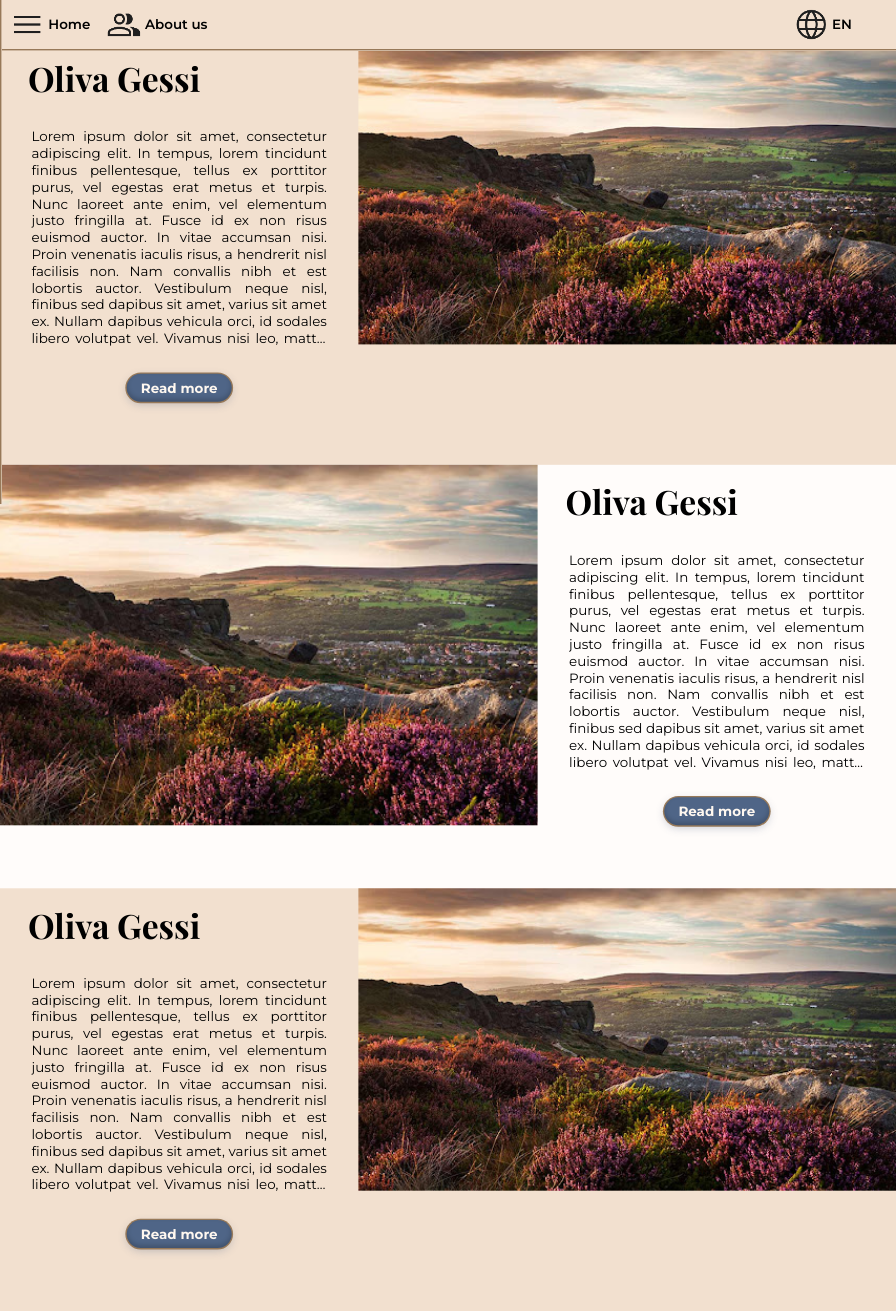
Repository: Seaside-Jokers/Oliva-gessi
Page: index.html
An editor plug-in stored every save of this project. The page is shown before and after the next save, followed by the edit.
The browser window is 1280 px wide. The pictures show the whole page, at 70% of full size.
Some web fonts or font styles are not loaded; a fallback is used.

Above is the page before, as saved 2026-02-17 23:29:02.

### index.html
<!DOCTYPE html>
<html lang="it">
<head>
    <meta charset="UTF-8">
    <title>Oliva Gessi</title>
    <link rel="stylesheet" href="src/style.css">
    <link rel="alternate" hreflang="en" href="index.html">
    <link rel="alternate" hreflang="it" href="index.html">
    <link rel="preconnect" href="https://fonts.googleapis.com">
    <link rel="preconnect" href="https://fonts.gstatic.com" crossorigin>
    <link href="https://fonts.googleapis.com/css2?family=Playfair+Display:ital,wght@0,400..900;1,400..900&display=swap" rel="stylesheet">
</head>
<body>
    <!-- ======================================================================= -->
    <!--                                 NAVBAR                                  -->
    <!-- ======================================================================= -->
    <nav class="navbar">
        <!-- Home -->
        <button class="btn-navbar" type="button" onclick="toggleMenu()">
            <img src="assets/menu_icon.png" data-key="home" alt="Home" class="icone" id="navbar-button">
            <span data-key="home" class="nav-data">Menu</span>
        </button>
        <!-- About us-->
        <button class="btn-navbar" type="button" onclick="location.href='about-us.html'">
            <img src="assets/about_us.png" data-key="about" alt="Chi siamo" class="icone">
            <span data-key="about" class="nav-data">Chi siamo</span>
        </button>
        <!-- Cambio lingua (a destra) -->
        <button class="btn-navbar lang-button" type="button" onclick="changeLang()">
            <img src="assets/language.png" data-key="language" alt="Cambia lingua" class="icone">
            <span data-key="current_language" class="nav-data">IT</span>
        </button>
    </nav>
    <!-- ======================================================================= -->
    <!--                                 SIDEBAR                                 -->
    <!-- ======================================================================= -->
    <!-- Strato trasparente che permette di chiudere il menu cliccando fuori -->
    <div class="clicker" onclick="closeMenu()"></div>
    <!-- Menu laterale vero e proprio -->
    <div class="sidebar" id="sidebar">
        <!-- Chiudi il menu -->
        <button class="sidebar-button" type="button" onclick="closeMenu()">
            <img src="assets/close.png" alt="Chiudi menu" class="icone large">
            <span data-key="close_menu" class="side-data">Chiudi</span>
        </button>
        <!-- About us -->
        <button class="sidebar-button" type="button" onclick="location.href='about-us.html'">
            <img src="assets/about_us.png" alt="Chiudi menu" class="icone large">
            <span data-key="about" class="side-data">Chi siamo</span>
        </button>
        <details>
            <!-- Le varie pagine del file -->
            <summary data-key="cerca_pagina"></summary>
        </details>
    </div>

    <!-- ======================================================================= -->
    <!--                                CONTENUTO                                -->
    <!-- ======================================================================= -->
    <div class="blocco r">
        <img src="assets/immagine_16x9.jpg" alt="Foto placeholder del primo blocco" data-key="alt_img1" class="foto-blocco landscape">
        <div class="container-testo-blocco">
            <h1 class="titolo-blocco" data-key="title_1">Oliva Gessi</h1>
            <p class="testo-blocco" data-key="testo_1">Lorem ipsum dolor sit amet, consectetur adipiscing elit. In tempus, lorem tincidunt finibus pellentesque, tellus ex porttitor purus, vel egestas erat metus et turpis. Nunc laoreet ante enim, vel elementum justo fringilla at. Fusce id ex non risus euismod auctor. In vitae accumsan nisi. Proin venenatis iaculis risus, a hendrerit nisl facilisis non. Nam convallis nibh et est lobortis auctor. Vestibulum neque nisl, finibus sed dapibus sit amet, varius sit amet ex. Nullam dapibus vehicula orci, id sodales libero volutpat vel. Vivamus nisi leo, mattis ut est convallis, pharetra ornare ipsum. Fusce elementum velit at massa mattis rutrum. Curabitur tincidunt consectetur nibh, in molestie urna ullamcorper sed. Interdum et malesuada fames ac ante ipsum primis in faucibus.</p>
            <button class="read-more-button" type="button" onclick="" data-key="read_more">Leggi di più</button>
        </div>
    </div>
    <div class="blocco l">
        <img src="assets/immagine_16x9.jpg" alt="Foto placeholder del primo blocco" data-key="alt_img1" class="foto-blocco landscape">
        <div class="container-testo-blocco">
            <h1 class="titolo-blocco" data-key="title_1">Oliva Gessi</h1>
            <p class="testo-blocco" data-key="testo_1">Lorem ipsum dolor sit amet, consectetur adipiscing elit. In tempus, lorem tincidunt finibus pellentesque, tellus ex porttitor purus, vel egestas erat metus et turpis. Nunc laoreet ante enim, vel elementum justo fringilla at. Fusce id ex non risus euismod auctor. In vitae accumsan nisi. Proin venenatis iaculis risus, a hendrerit nisl facilisis non. Nam convallis nibh et est lobortis auctor. Vestibulum neque nisl, finibus sed dapibus sit amet, varius sit amet ex. Nullam dapibus vehicula orci, id sodales libero volutpat vel. Vivamus nisi leo, mattis ut est convallis, pharetra ornare ipsum. Fusce elementum velit at massa mattis rutrum. Curabitur tincidunt consectetur nibh, in molestie urna ullamcorper sed. Interdum et malesuada fames ac ante ipsum primis in faucibus.</p>
            <button class="read-more-button" type="button" onclick="" data-key="read_more">Leggi di più</button>
        </div>
    </div>
    <div class="blocco l">
        <img src="assets/immagine_16x9.jpg" alt="Foto placeholder del primo blocco" data-key="alt_img1" class="foto-blocco landscape">
        <div class="container-testo-blocco">
            <h1 class="titolo-blocco" data-key="title_1">Oliva Gessi</h1>
            <p class="testo-blocco" data-key="testo_1">Lorem ipsum dolor sit amet, consectetur adipiscing elit. In tempus, lorem tincidunt finibus pellentesque, tellus ex porttitor purus, vel egestas erat metus et turpis. Nunc laoreet ante enim, vel elementum justo fringilla at. Fusce id ex non risus euismod auctor. In vitae accumsan nisi. Proin venenatis iaculis risus, a hendrerit nisl facilisis non. Nam convallis nibh et est lobortis auctor. Vestibulum neque nisl, finibus sed dapibus sit amet, varius sit amet ex. Nullam dapibus vehicula orci, id sodales libero volutpat vel. Vivamus nisi leo, mattis ut est convallis, pharetra ornare ipsum. Fusce elementum velit at massa mattis rutrum. Curabitur tincidunt consectetur nibh, in molestie urna ullamcorper sed. Interdum et malesuada fames ac ante ipsum primis in faucibus.</p>
            <button class="read-more-button" type="button" onclick="" data-key="read_more">Leggi di più</button>
        </div>
    </div>

    <!--=======================================================================-->
    <!--                      DO NOT TOUCH BELOW THIS LINE                     -->
    <!--=======================================================================-->
    <script src="src/database_testo.js"></script>
    <script src="src/color_scheme.js"></script>
    <script src="src/sidebar.js"></script>
</body>

<!-- TODO: leggi questo commento e poi eliminalo per favore: quando vuoi aggiungere un nuovo testo modificalo in src/database_testo.js -->
</html>

Loaded but not shown: src/color_scheme.js (155 lines, source omitted); src/database_testo.js (94 lines, source omitted); src/sidebar.js (18 lines, source omitted); src/style.css (452 lines, source omitted)

After the next save:
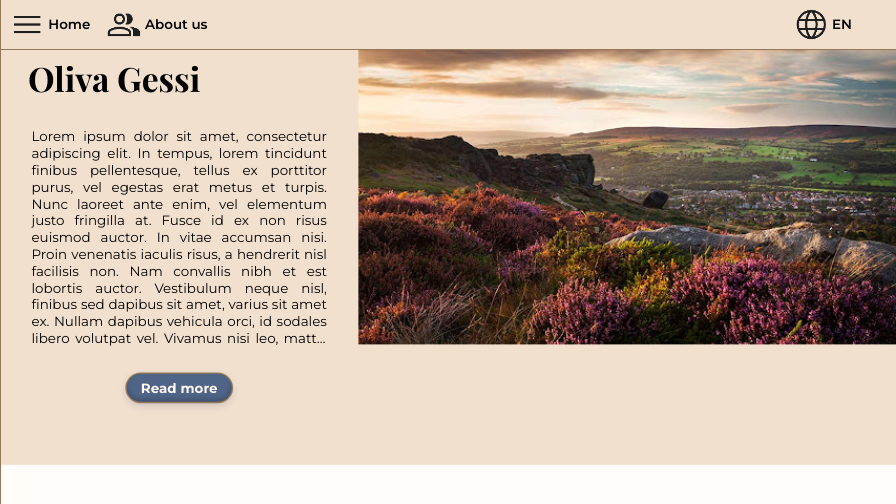
Saved 15 h 38 min later.
--- a/index.html
+++ b/index.html
@@ -65,22 +65,6 @@
             <button class="read-more-button" type="button" onclick="" data-key="read_more">Leggi di più</button>
         </div>
     </div>
-    <div class="blocco l">
-        <img src="assets/immagine_16x9.jpg" alt="Foto placeholder del primo blocco" data-key="alt_img1" class="foto-blocco landscape">
-        <div class="container-testo-blocco">
-            <h1 class="titolo-blocco" data-key="title_1">Oliva Gessi</h1>
-            <p class="testo-blocco" data-key="testo_1">Lorem ipsum dolor sit amet, consectetur adipiscing elit. In tempus, lorem tincidunt finibus pellentesque, tellus ex porttitor purus, vel egestas erat metus et turpis. Nunc laoreet ante enim, vel elementum justo fringilla at. Fusce id ex non risus euismod auctor. In vitae accumsan nisi. Proin venenatis iaculis risus, a hendrerit nisl facilisis non. Nam convallis nibh et est lobortis auctor. Vestibulum neque nisl, finibus sed dapibus sit amet, varius sit amet ex. Nullam dapibus vehicula orci, id sodales libero volutpat vel. Vivamus nisi leo, mattis ut est convallis, pharetra ornare ipsum. Fusce elementum velit at massa mattis rutrum. Curabitur tincidunt consectetur nibh, in molestie urna ullamcorper sed. Interdum et malesuada fames ac ante ipsum primis in faucibus.</p>
-            <button class="read-more-button" type="button" onclick="" data-key="read_more">Leggi di più</button>
-        </div>
-    </div>
-    <div class="blocco l">
-        <img src="assets/immagine_16x9.jpg" alt="Foto placeholder del primo blocco" data-key="alt_img1" class="foto-blocco landscape">
-        <div class="container-testo-blocco">
-            <h1 class="titolo-blocco" data-key="title_1">Oliva Gessi</h1>
-            <p class="testo-blocco" data-key="testo_1">Lorem ipsum dolor sit amet, consectetur adipiscing elit. In tempus, lorem tincidunt finibus pellentesque, tellus ex porttitor purus, vel egestas erat metus et turpis. Nunc laoreet ante enim, vel elementum justo fringilla at. Fusce id ex non risus euismod auctor. In vitae accumsan nisi. Proin venenatis iaculis risus, a hendrerit nisl facilisis non. Nam convallis nibh et est lobortis auctor. Vestibulum neque nisl, finibus sed dapibus sit amet, varius sit amet ex. Nullam dapibus vehicula orci, id sodales libero volutpat vel. Vivamus nisi leo, mattis ut est convallis, pharetra ornare ipsum. Fusce elementum velit at massa mattis rutrum. Curabitur tincidunt consectetur nibh, in molestie urna ullamcorper sed. Interdum et malesuada fames ac ante ipsum primis in faucibus.</p>
-            <button class="read-more-button" type="button" onclick="" data-key="read_more">Leggi di più</button>
-        </div>
-    </div>
 
     <!--=======================================================================-->
     <!--                      DO NOT TOUCH BELOW THIS LINE                     -->

After the 2 saves that followed:
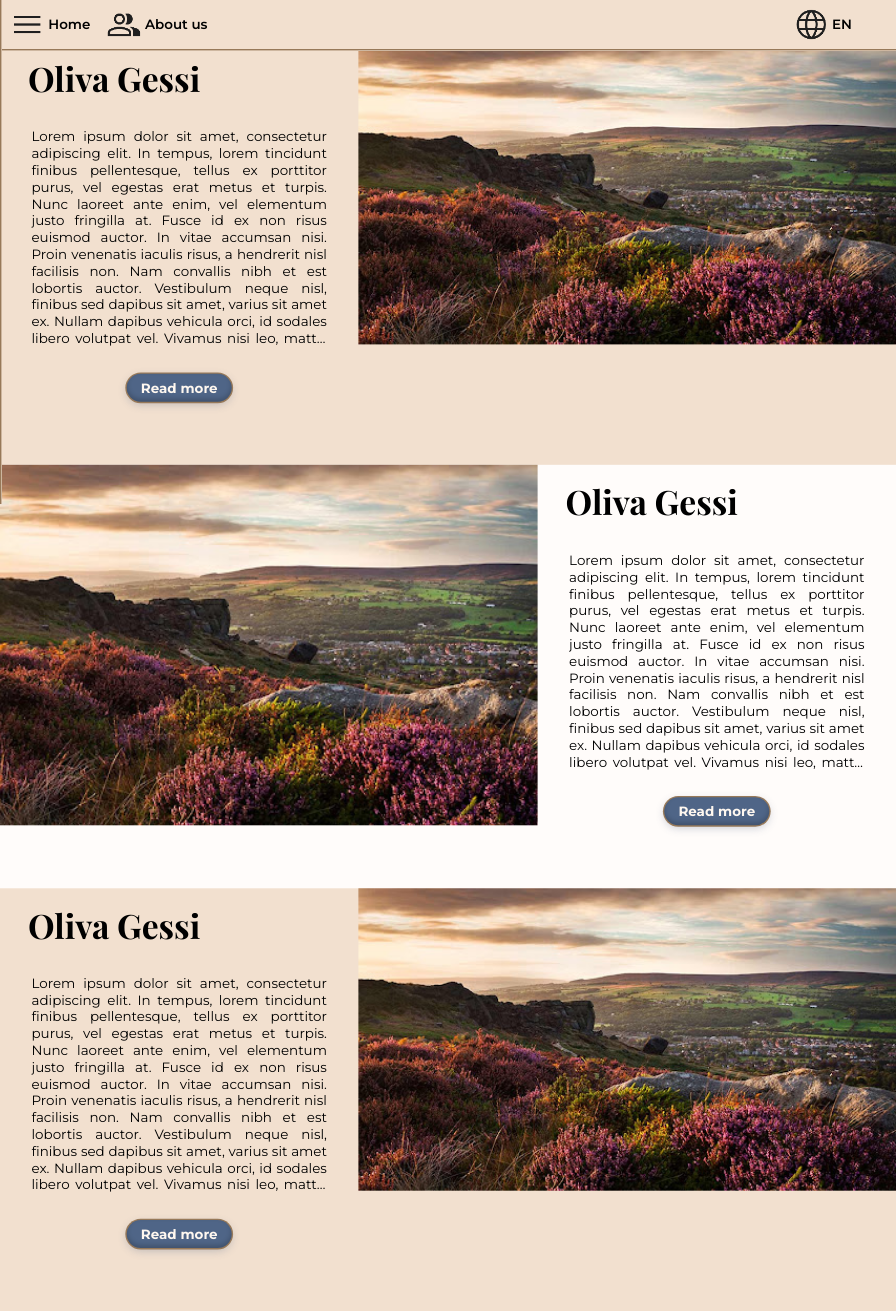
The 2 saves are shown as one change because 1 left the picture as it was.
The last was saved 18 s later.
--- a/index.html
+++ b/index.html
@@ -57,7 +57,23 @@
     <!-- ======================================================================= -->
     <!--                                CONTENUTO                                -->
     <!-- ======================================================================= -->
-    <div class="blocco r">
+    <div class="blocco">
+        <img src="assets/immagine_16x9.jpg" alt="Foto placeholder del primo blocco" data-key="alt_img1" class="foto-blocco landscape">
+        <div class="container-testo-blocco">
+            <h1 class="titolo-blocco" data-key="title_1">Oliva Gessi</h1>
+            <p class="testo-blocco" data-key="testo_1">Lorem ipsum dolor sit amet, consectetur adipiscing elit. In tempus, lorem tincidunt finibus pellentesque, tellus ex porttitor purus, vel egestas erat metus et turpis. Nunc laoreet ante enim, vel elementum justo fringilla at. Fusce id ex non risus euismod auctor. In vitae accumsan nisi. Proin venenatis iaculis risus, a hendrerit nisl facilisis non. Nam convallis nibh et est lobortis auctor. Vestibulum neque nisl, finibus sed dapibus sit amet, varius sit amet ex. Nullam dapibus vehicula orci, id sodales libero volutpat vel. Vivamus nisi leo, mattis ut est convallis, pharetra ornare ipsum. Fusce elementum velit at massa mattis rutrum. Curabitur tincidunt consectetur nibh, in molestie urna ullamcorper sed. Interdum et malesuada fames ac ante ipsum primis in faucibus.</p>
+            <button class="read-more-button" type="button" onclick="" data-key="read_more">Leggi di più</button>
+        </div>
+    </div>
+    <div class="blocco">
+        <img src="assets/immagine_16x9.jpg" alt="Foto placeholder del primo blocco" data-key="alt_img1" class="foto-blocco landscape">
+        <div class="container-testo-blocco">
+            <h1 class="titolo-blocco" data-key="title_1">Oliva Gessi</h1>
+            <p class="testo-blocco" data-key="testo_1">Lorem ipsum dolor sit amet, consectetur adipiscing elit. In tempus, lorem tincidunt finibus pellentesque, tellus ex porttitor purus, vel egestas erat metus et turpis. Nunc laoreet ante enim, vel elementum justo fringilla at. Fusce id ex non risus euismod auctor. In vitae accumsan nisi. Proin venenatis iaculis risus, a hendrerit nisl facilisis non. Nam convallis nibh et est lobortis auctor. Vestibulum neque nisl, finibus sed dapibus sit amet, varius sit amet ex. Nullam dapibus vehicula orci, id sodales libero volutpat vel. Vivamus nisi leo, mattis ut est convallis, pharetra ornare ipsum. Fusce elementum velit at massa mattis rutrum. Curabitur tincidunt consectetur nibh, in molestie urna ullamcorper sed. Interdum et malesuada fames ac ante ipsum primis in faucibus.</p>
+            <button class="read-more-button" type="button" onclick="" data-key="read_more">Leggi di più</button>
+        </div>
+    </div>
+    <div class="blocco">
         <img src="assets/immagine_16x9.jpg" alt="Foto placeholder del primo blocco" data-key="alt_img1" class="foto-blocco landscape">
         <div class="container-testo-blocco">
             <h1 class="titolo-blocco" data-key="title_1">Oliva Gessi</h1>
